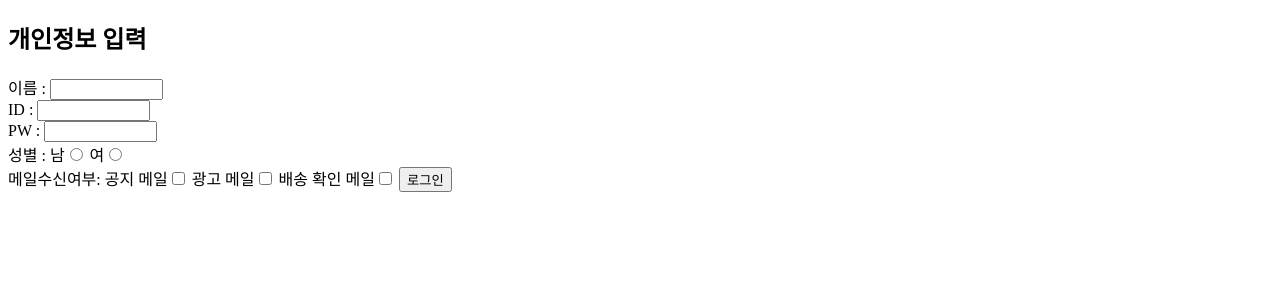
Repository: yoojinhee/JSP_study
Page: http://localhost/Test_JSP/testForm.jsp
These files come from the project's save history. The page is drawn as it stood at one moment and after the next save; the edit follows.
The browser window is 1280 px wide. The pictures show the whole page.
The page is served by Tomcat 9. Other server files are loaded and not shown.

Above is the page before, as saved 2020-05-07 00:08:55.

### Project/Test_JSP/WebContent/testForm.jsp
<%@ page language="java" contentType="text/html; charset=UTF-8"
    pageEncoding="UTF-8"%>
<!DOCTYPE html>
<html>
<head>
<meta charset="UTF-8">
<title>Insert title here</title>
</head>
<body>
<h2>개인정보 입력</h2>
<form action="">
이름 : <input type="text" name="name" value="" size="11"><br>
ID : <input type="text" name="id" value="" size="11"><br>
PW : <input type="password" name="password" value="" size="11"><br>
성별 :
	 남<input type="radio" name="gen" value="M">
	 여<input type="radio" name="gen" value="F"><br>
	 <!-- 라디오 -> name이 같아야 동기화 -->
메일수신여부:
	공지 메일<input type="checkbox" name="inotice">
	광고 메일<input type="checkbox" name="cnotice">
	배송 확인 메일<input type="checkbox" name="dnotice">
<input type="submit" value="로그인">
</form>
</body>
</html>

After the next save:
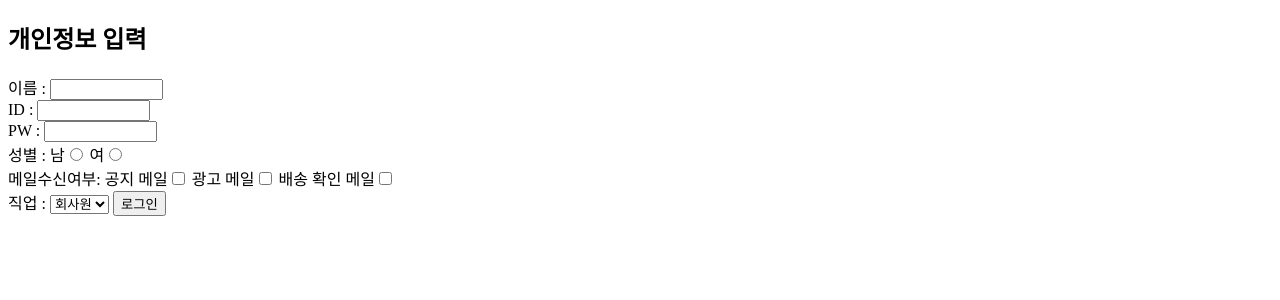
Saved 2 min 53 s later.
--- a/Project/Test_JSP/WebContent/testForm.jsp
+++ b/Project/Test_JSP/WebContent/testForm.jsp
@@ -19,7 +19,14 @@ PW : <input type="password" name="password" value="" size="11"><br>
 메일수신여부:
 	공지 메일<input type="checkbox" name="inotice">
 	광고 메일<input type="checkbox" name="cnotice">
-	배송 확인 메일<input type="checkbox" name="dnotice">
+	배송 확인 메일<input type="checkbox" name="dnotice"><br>
+직업 :
+<select name="job">
+	<option>회사원</option>
+	<option>학생</option>
+	<option>유튭버</option>
+	<option>선생님</option>
+</select>
 <input type="submit" value="로그인">
 </form>
 </body>
